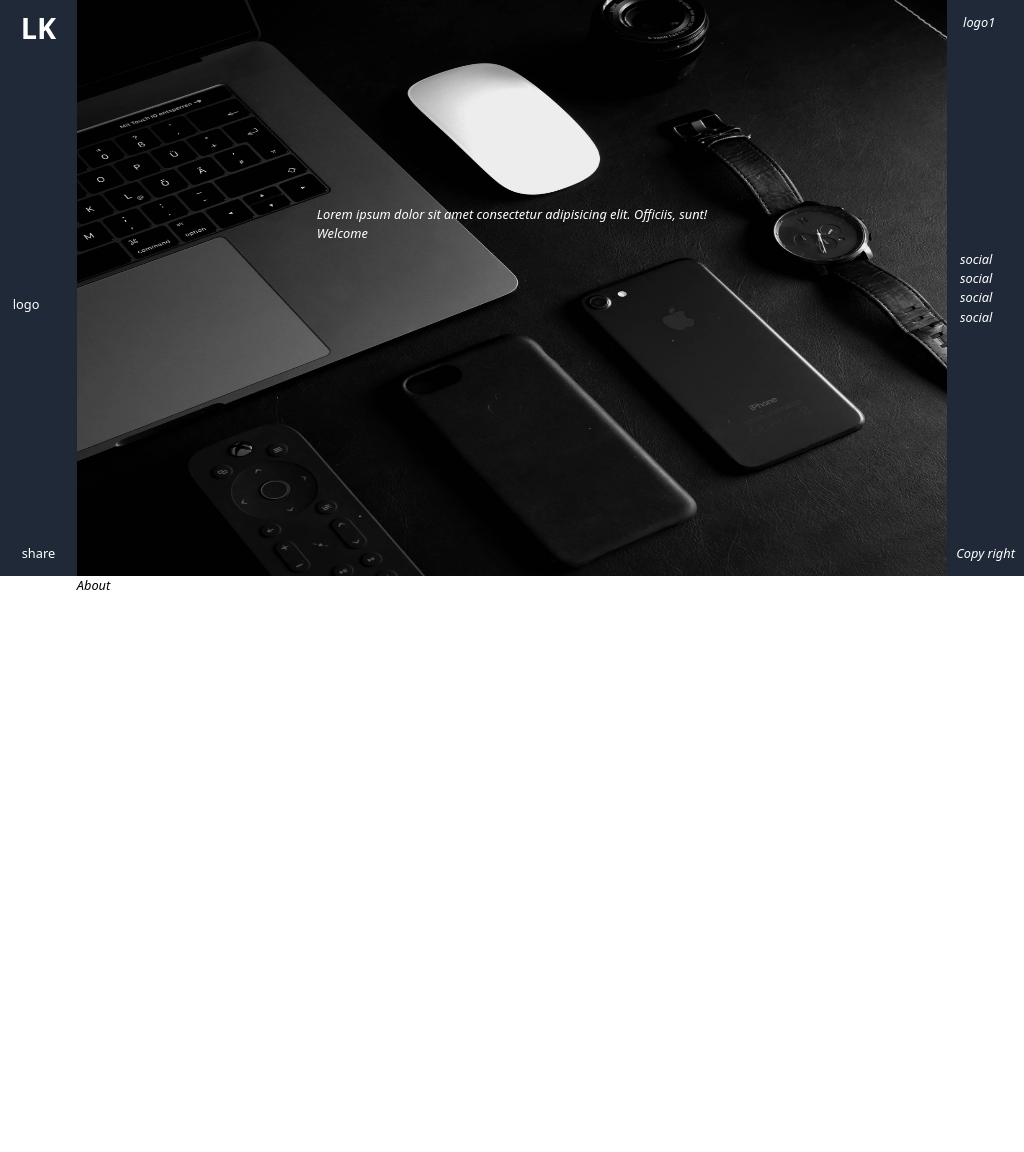
Repository: linco6054/template-tailwindcss
Page: index.html
These files come from the project's save history. The page is drawn as it stood at one moment and after the next save; the edit follows.
The browser window is 1280 px wide. The pictures show the whole page, at 80% of full size.

Above is the page before, as saved 2021-08-17 16:03:08.

### index.html
<!DOCTYPE html>
<html lang="en">

  <head>
    <meta charset="UTF-8" />
    <meta http-equiv="X-UA-Compatible" content="IE=edge" />
    <meta name="viewport" content="width=device-width, initial-scale=1.0" />
    <link href="https://unpkg.com/tailwindcss@^2/dist/tailwind.min.css" rel="stylesheet" />

    <title>Document</title>
  </head>

  <body class="text-white relative max-w-full h-auto flex flex-col lg:flex-row">
    <!-- nav -->
    <nav class="
        fixed
        top-0
        lg:left-0
        overflow-hidden
        bg-gray-800
        h-20
        flex
        justify-between
        lg:flex-col
        items-center
        w-full
        lg:w-24 lg:h-screen
        z-50
      ">
      <span>
        <h1 class="mx-4 lg:mt-4 text-4xl font-bold">LK</h1>
      </span>
      <div class="mx-4 cursor-pointer">
        <i class="opacity-0 hover:opacity-100">menu</i>
        <span>logo</span>
      </div>

      <span class="mx-4 lg:mb-4">share</span>
    </nav>
    <!-- pages -->
    <section class="
        px-0
        lg:px-24
        overflow-hidden
        flex-col
        md:w-full
        lg:w-full
        h-auto
        text-black
        pt-20
        md:pt-0

      ">
      <div class="h-screen w-full relative overflow-hidden">
        <img class="absolute  z-0 h-full w-full" src="/images/bg.jpg" alt="">

        <div class=" absolute text-white top-64 w-full z-20 flex justify-center items-center  ">
          <i>Lorem ipsum dolor sit amet consectetur adipisicing elit. Officiis, sunt!</p>
        <h1>Welcome</h1>

        </div>
      </div>
      </div>
      <div class="h-screen">About</div>
    </section>
    <!-- footer -->
    <footer class="
        lg:fixed lg:right-0
        overflow-hidden
        w-full
        lg:w-24
        bg-gray-800
        h-20
        flex
        lg:h-screen
        flex-row-reverse
        justify-between
        items-center
        lg:flex-col
      ">
      <span class="mr-4 lg:mt-4">
        <i>logo1</i>
      </span>
      <span class="ml-4">
        <i>social</i>
        <i>social</i>
        <i>social</i>
        <i>social</i>
      </span>
      <span class="hidden lg:block lg:mb-4">Copy right</span>
    </footer>
  </body>

</html>

After the next save:
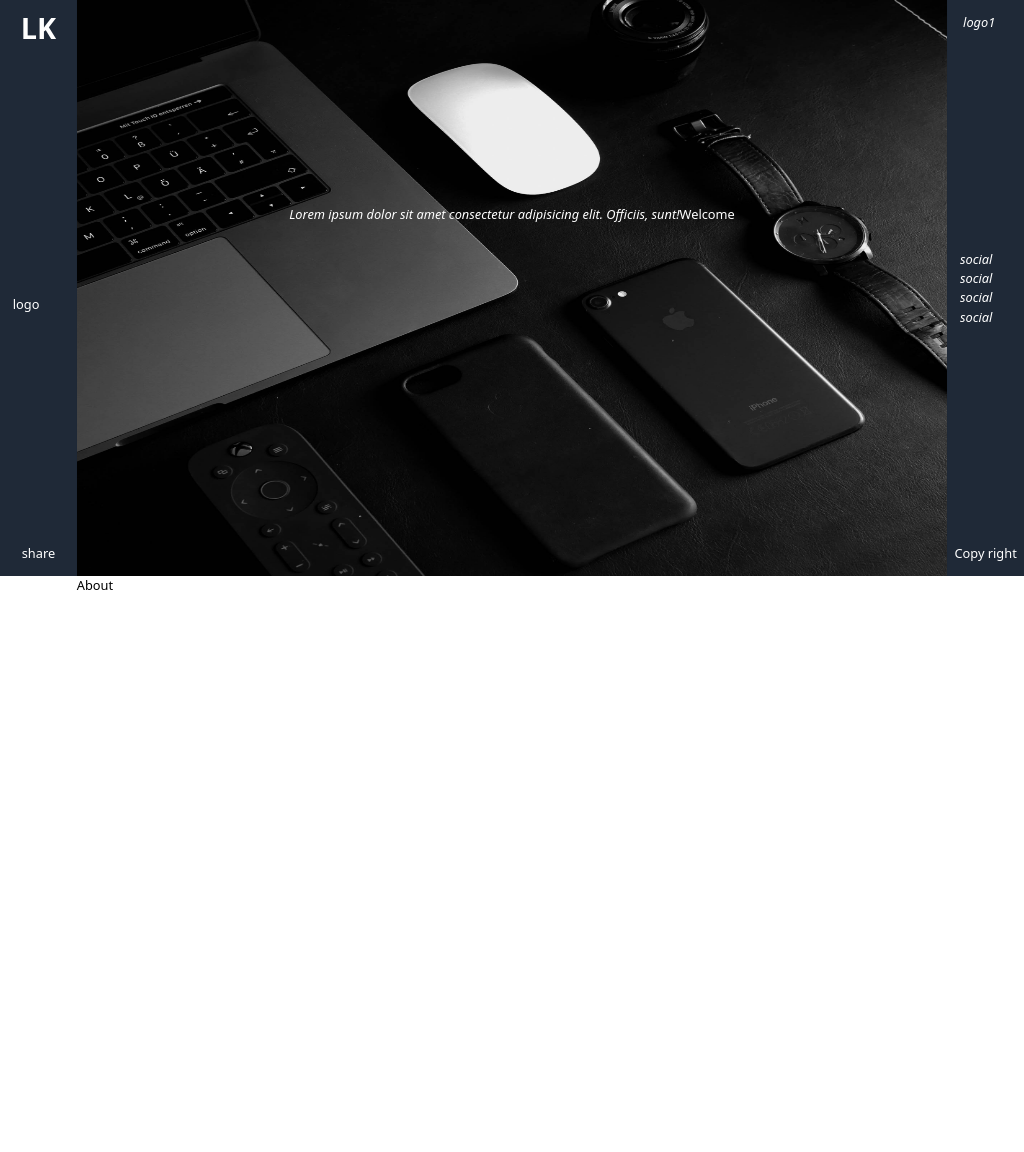
Saved 5 s later.
--- a/index.html
+++ b/index.html
@@ -55,7 +55,7 @@
         <img class="absolute  z-0 h-full w-full" src="/images/bg.jpg" alt="">
 
         <div class=" absolute text-white top-64 w-full z-20 flex justify-center items-center  ">
-          <i>Lorem ipsum dolor sit amet consectetur adipisicing elit. Officiis, sunt!</p>
+          <i>Lorem ipsum dolor sit amet consectetur adipisicing elit. Officiis, sunt!</i>
         <h1>Welcome</h1>
 
         </div>
